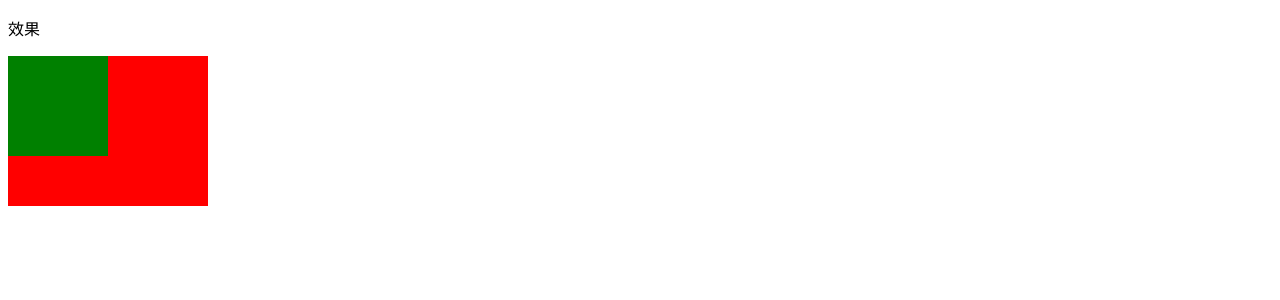
Repository: fixbb/workspace
Page: 015元素的浮动布局/index.html
These files come from the project's save history. The page is drawn as it stood at one moment and after the next save; the edit follows.
The browser window is 1280 px wide. The pictures show the whole page.

Above is the page before, as saved 2021-08-29 20:52:44.

### 015元素的浮动布局/index.html
<!DOCTYPE html>
<html lang="en">
<head>
    <meta charset="UTF-8">
    <meta http-equiv="X-UA-Compatible" content="IE=edge">
    <meta name="viewport" content="width=device-width, initial-scale=1.0">
    <title>Document</title>
    <style>
        .green {
            width: 100px;height: 100px;
            background-color: green;
            float: left;
        }
        .red {
            width: 200px;height: 150px;
            background-color: red;
        }
        .a {
            background-color: red;
        }
        .b {
            background-color: green;
        }
        .c {
            background-color: blue;
        }
        .a, .b, .c {
            height: 150px;
            float: left;
        }
    </style>
</head>
<body>
    <p>
         效果
    </p>
    <div class="green"></div>
    <div class="red"></div>
</body>
</html>

After the next save:
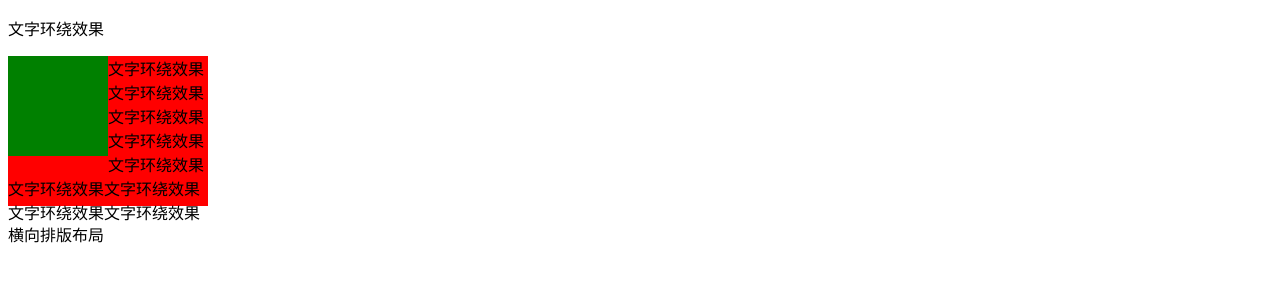
Saved 75 s later.
--- a/015元素的浮动布局/index.html
+++ b/015元素的浮动布局/index.html
@@ -32,9 +32,14 @@
 </head>
 <body>
     <p>
-         效果
+         文字环绕效果
     </p>
     <div class="green"></div>
-    <div class="red"></div>
+    <div class="red">文字环绕效果文字环绕效果文字环绕效果文字环绕效果文字环绕效果文字环绕效果文字环绕效果文字环绕效果文字环绕效果</div>
+
+    <p>横向排版布局</p>
+    <div class="a"></div>
+    <div class="b"></div>
+    <div class="c"></div>
 </body>
 </html>
